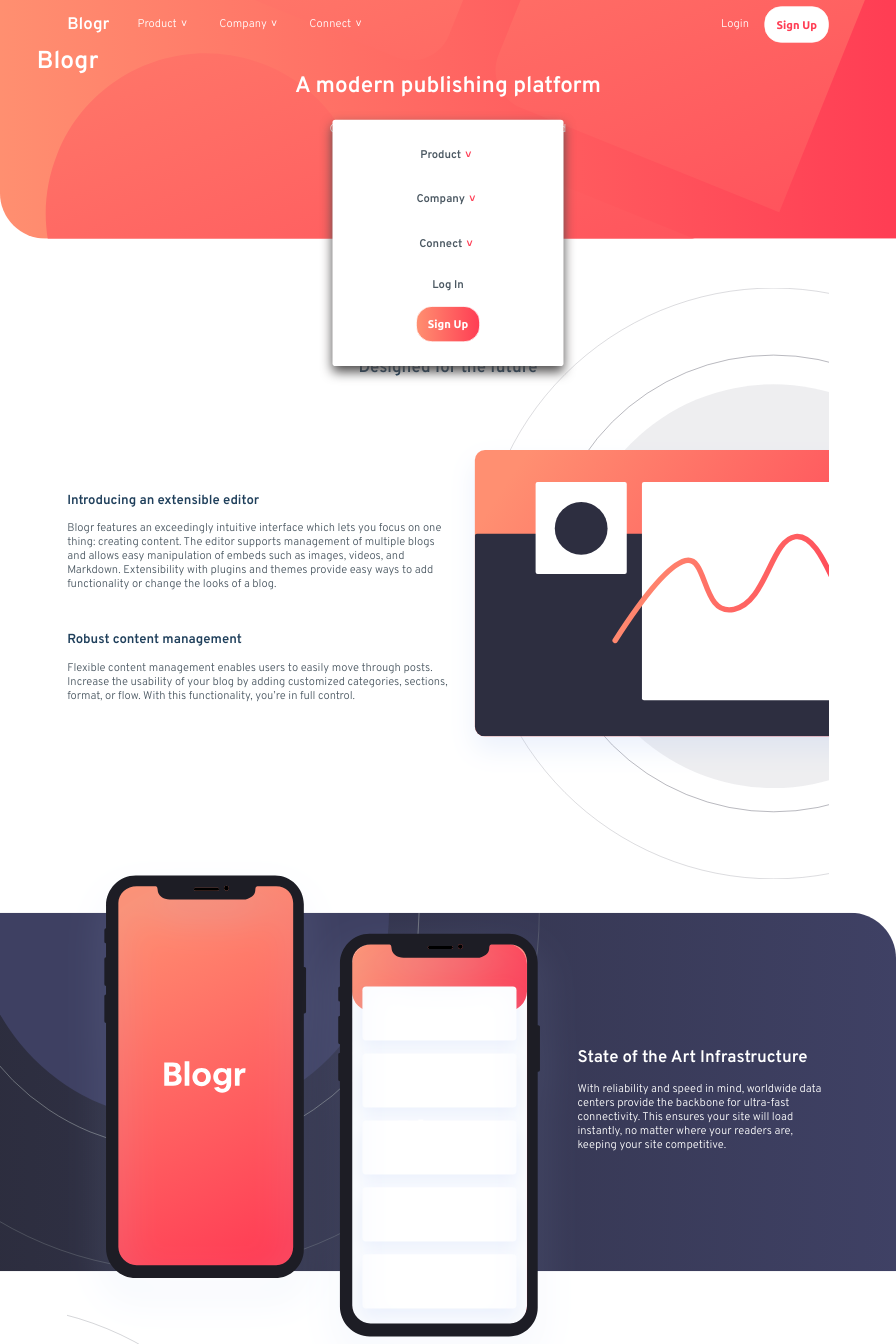
Repository: Ejiro-Oke/Blogr
Page: blogr.html
These files come from the project's save history. The page is drawn as it stood at one moment and after the next save; the edit follows.
The browser window is 1280 px wide. The pictures show the part of the page from y = 0 to 1920 px (the page is 3102 px tall), at 70% of full size.
After loading, the first visible `a.login` was clicked once.

Above is the page before, as saved 2021-04-19 14:32:52.

After the next save:
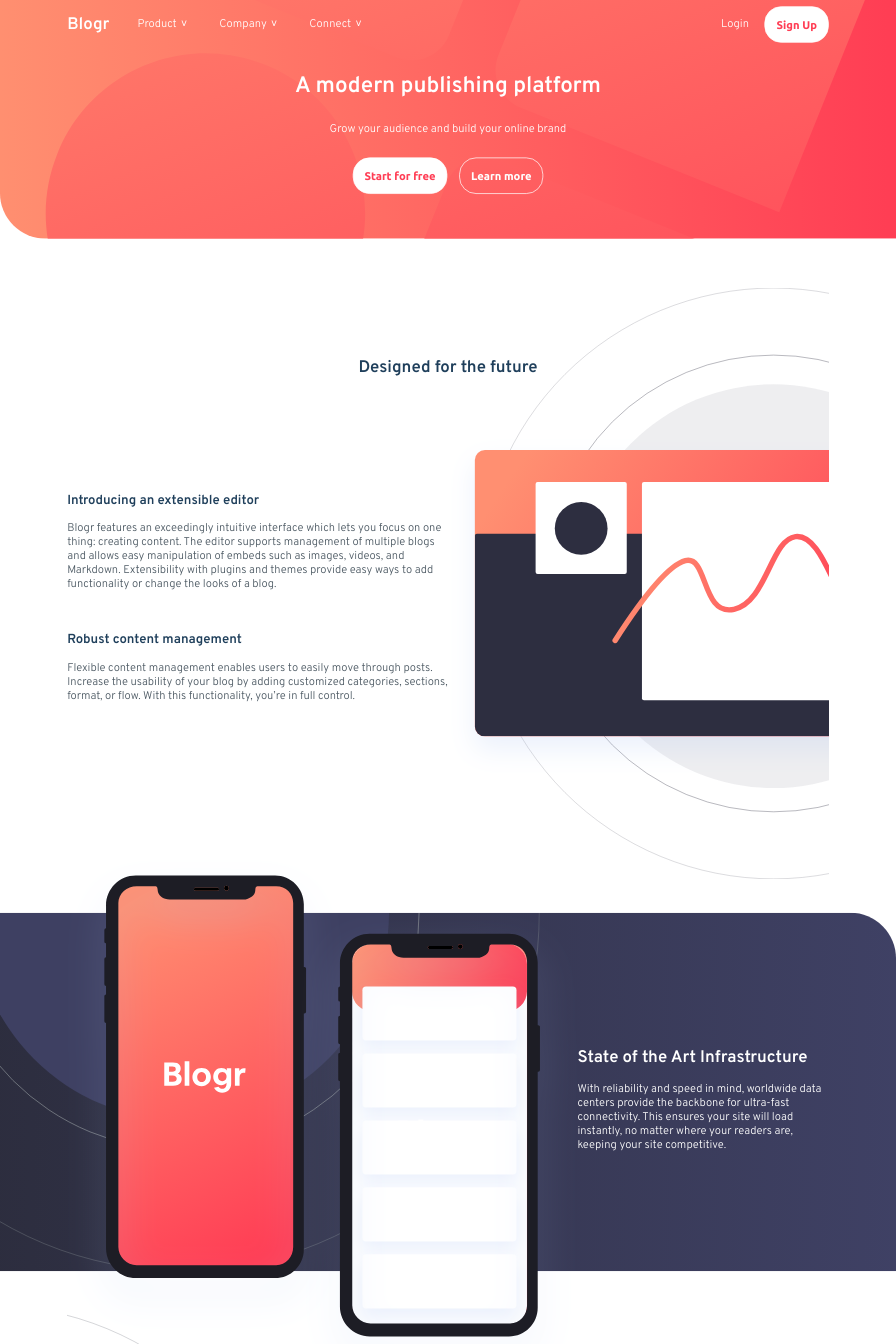
Saved 4 s later.
--- a/blogr.js
+++ b/blogr.js
@@ -41,7 +41,7 @@ for (let i = 0 ; i < overLay.length; ++i){
             console.log("log in?");
             overLay[0].style.display= "none";
             overLay[1].style.display="none";
-           overLay[i].style.display= "block";
+           overLay[2].style.display= "block";
     })
 }
 
